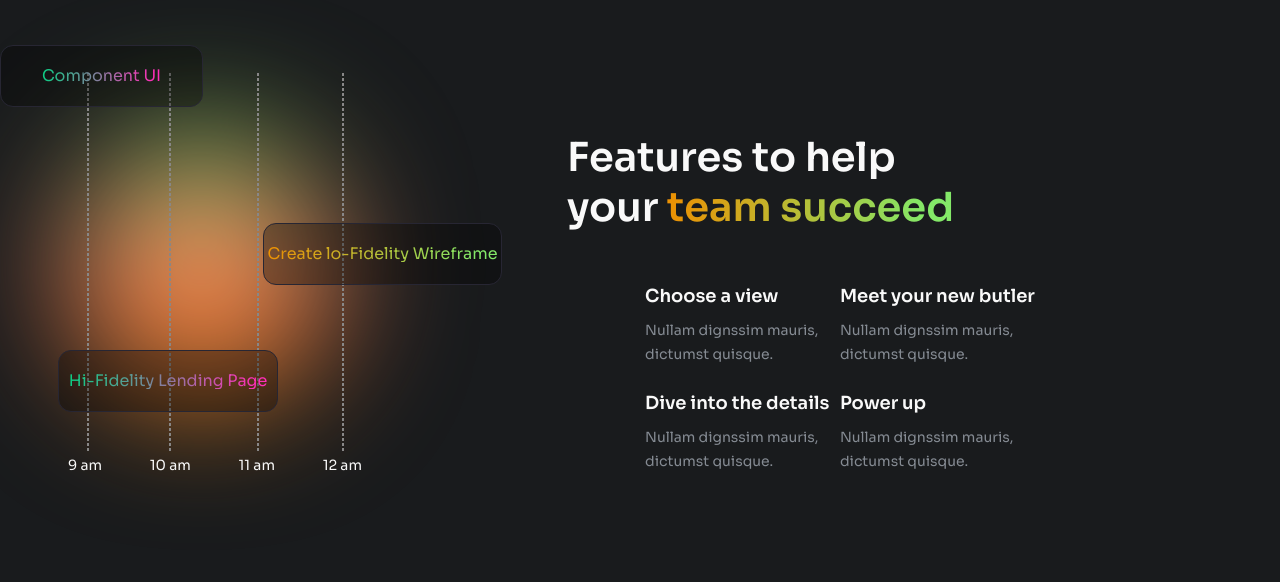
Repository: anhthiethumg/Task_Managerment_Website
Page: index.html
An editor plug-in stored every save of this project. The page is shown before and after a run of saves, followed by the edit.
The browser window is 1280 px wide. The pictures show the part of the page from y = 2400 to 2982 px (the page is 2982 px tall).
A picture or video elsewhere on the page could not be fetched, so the positions and the page height are approximate.

Above is the page before, as saved 2023-07-31 09:11:28.

### index.html
<!DOCTYPE html>
<html lang="en">
  <head>
    <meta charset="UTF-8" />
    <meta name="viewport" content="width=device-width, initial-scale=1.0" />
    <title>Task Managerment Website</title>
    <!-- Reset Css -->
    <link rel="stylesheet" href="./assets/css/reset.css" />

    <!-- CSS -->
    <link rel="stylesheet" href="./assets/css/styles.css" />

    <!-- Embed Font-->

    <link rel="preconnect" href="https://fonts.googleapis.com" />
    <link rel="preconnect" href="https://fonts.gstatic.com" crossorigin />
    <link
      href="https://fonts.googleapis.com/css2?family=Sora:wght@400;600;700;800&display=swap"
      rel="stylesheet"
    />
  </head>
  <body>
    <!-- Header -->
    <section class="header">
      <div class="container">
        <navbar class="row nav">
          <img src="./assets/image/logo.svg" alt="Task." />
          <div class="nav-list">
            <a class="nav-item" href="#!">Home</a>
            <a class="nav-item" href="#!">Products</a>
            <a class="nav-item" href="#!">Guidlines</a>
            <a class="nav-item" href="#!">Guidlines</a>
          </div>
          <button class="btn nav-btn">Sign In</button>
        </navbar>
        <section class="hero">
          <div class="row hero__content">
            <div class="stacked-circles">
              <div class="circles"></div>
              <div class="circles"></div>
              <div class="circles"></div>
              <div class="circles"></div>
            </div>
            <div class="hero--content__heading">
              <h1 class="hero__heading">
                Make <span class="heading__liner">Management</span> Way More
                Easier Than Ever
              </h1>
              <p class="hero__desc section-desc">
                The online collaborative management platform to bring more
                efficiency and performace
              </p>
              <div class="hero-btn row">
                <button type="button" class="btn hero__btn">
                  Request Demo
                </button>
                <button type="button" class="btn hero__btn">Contact Us</button>
              </div>
            </div>
            <div class="stacked-circles">
              <div class="circles"></div>
              <div class="circles"></div>
              <div class="circles"></div>
              <div class="circles"></div>
            </div>
          </div>
          <section class="task-manager row">
            <sidebar class="sidebar">
              <div class="row sidebar__header">
                <img
                  src="./assets/icons/icon-sidebar.svg"
                  alt="icon-sidebar"
                  class="icon__sidebar"
                />
                <img
                  src="./assets/icons/dashboard-icon.svg"
                  alt="dashboard-icon"
                  class="dashboard-icon"
                />
                <h4 class="sidebar__heading">Dashboard</h4>
              </div>
              <div class="sidebar__list">
                <h4 class="sidebar__list--heading">Collections</h4>
                <div class="sidebar__list--item">
                  <h5 class="sidebar__item--content">School</h5>
                </div>
                <div class="sidebar__list--item">
                  <h5 class="sidebar__item--content">Personal</h5>
                </div>
              </div>
            </sidebar>
            <section class="task-manager__section">
              <div class="task__header row">
                <img src="./assets/icons/school.png" alt="Back" class="back" />
                <img
                  src="./assets/icons/contact us icon.png"
                  alt="Contact"
                  class="contact-us"
                />
              </div>
              <div class="task__content row">
                <div class="list--work">
                  <div class="list-sort">Sort</div>
                  <div class="work--item">Finish the Easay collaboration</div>
                  <div class="work--item">Do the math for next monday</div>
                  <div class="work--item">
                    Read the next chapter of the book
                  </div>
                  <div class="work--item">
                    Send the collabaration files to jerusha
                  </div>
                  <div class="work--item">
                    Finish the powerpoint presentation
                  </div>
                  <div class="work--item">Add task</div>
                </div>
                <div class="daily-task">
                  <div class="dailytask__heading">Daily task.</div>
                  <img
                    class="dailytask__img"
                    src="./assets/image/Rectangle 50.png"
                    alt="Daily task"
                  />
                </div>
              </div>
              <div class="card">
                <div class="card__heading">Collections</div>
                <div class="card__list">
                  <div class="card__item">
                    <div class="card__item--icon"></div>
                    <div class="card__item--content">
                      <h4 class="card__item--title">School</h4>
                      <p class="card__item--desc">4 task plus tomorrow.</p>
                    </div>
                  </div>
                  <div class="card__item">
                    <div class="card__item--icon"></div>
                    <div class="card__item--content">
                      <h4 class="card__item--title">Personal</h4>
                      <p class="card__item--desc">1 task plus today.</p>
                    </div>
                  </div>
                  <div class="card__item">
                    <div class="card__item--icon"></div>
                    <div class="card__item--content">
                      <h4 class="card__item--title">Design</h4>
                      <p class="card__item--desc">3 task plus rewt week.</p>
                    </div>
                  </div>
                </div>
              </div>
            </section>
          </section>
        </section>
      </div>
    </section>

    <!-- Main -->
    <main class="main">
      <div class="container">
        <!-- Services -->
        <section class="services">
          <div class="services__icon--list">
            <div class="services__icon--bg">
              <img
                src="./assets/icons/report.png"
                alt="Report"
                class="services__icon"
              />
            </div>
            <img src="./assets/icons/dash line-1.svg" alt="dash-line" />
            <div class="services__icon--bg">
              <img
                src="./assets/icons/server.png"
                alt="Server"
                class="services__icon"
              />
            </div>

            <img src="./assets/icons/dash line-1.svg" alt="dash-line" />
            <div class="services__icon--bg">
              <img
                src="./assets/icons/support.png"
                alt="Support"
                class="services__icon"
              />
            </div>
          </div>
          <div class="services__list row">
            <div class="services__items">
              <h3 class="services__heading">Structured Reports</h3>
              <p class="services__desc">
                Sed rhoncus sit sed tellus donec lorem lectus nunc, ornare
              </p>
            </div>
            <div class="services__items">
              <h3 class="services__heading">Cloud System</h3>
              <p class="services__desc">
                Sed rhoncus sit sed tellus donec lorem lectus nunc, ornare
              </p>
            </div>
            <div class="services__items">
              <h3 class="services__heading">24/7 Support</h3>
              <p class="services__desc">
                Sed rhoncus sit sed tellus donec lorem lectus nunc, ornare
              </p>
            </div>
          </div>
        </section>

        <!-- Static -->

        <section class="static row">
          <section class="static__content">
            <h2 class="static__heading section__heading">
              Okay, <span class="heading__liner">Let’s</span> see D’task in
              numbers
            </h2>
            <p class="static__desc section__desc">
              Powering a productive team means using a powerful tool (and plenty
              of snacks). From meetings and projects to events and goal setting,
              D'taak intuitive features give any team the ability to quickly set
              up and customize workflows for just about anything
            </p>
            <div class="static__dot row">
              <div class="dot"></div>
              <div class="dot"></div>
              <div class="dot"></div>
            </div>
            <div class="static__list row">
              <div class="static__item">
                <div class="static--item__number">12M</div>
                <div class="static--item__title">Support</div>
              </div>
              <div class="static__item">
                <div class="static--item__number">16</div>
                <div class="static--item__title">Active User</div>
              </div>
              <div class="static__item">
                <div class="static--item__number">7/24</div>
                <div class="static--item__title">Languages</div>
              </div>
            </div>
          </section>
          <div class="static__media">
            <img
              class="static--media__bg"
              src="./assets/image/static_background.svg"
              alt="background"
            />
            <div class="dash-shape"></div>
            <div class="dash-shape"></div>
            <div class="dash-shape"></div>
            <div class="dash-shape"></div>
            <!-- <div class="static--media__item row">
              <h3 class="static--media__title ">
                <span class="heading__liner">Online Support</span>
              </h3>
              <img class="static--media__icons" src = "./assets/icons/video-button.svg"/>
            </div>
            <div class="static--media__item row">
              <h3 class="static--media__title ">
                <span class="heading__liner">Exercitation</span>
              </h3>
              <img class="static--media__icons" src = "./assets/icons/Exercitation-icon.svg"/>
            </div>
            <div class="static--media__item row">
              <h3 class="static--media__title ">
                <span class="heading__liner">D’ task</span>
              </h3>
              <img class="static--media__icons" src = "./assets/icons/video-button.svg"/>
            </div>
            <div class="static--media__item row">
              <h3 class="static--media__title ">
                <span class="heading__liner">Design</span>
              </h3>
              <img class="static--media__icons" src = "./assets/icons/video-button.svg"/>
            </div> -->
          </div>
        </section>
      </div>
      <!-- Features -->
      <section class="features">
        <div class="container row">
          <div class="feature__meida">
            <div class="shape--blur"></div>
            <div class="block--line">
              <div class="dash--line">
                <div class="line"></div>
                <div class="dash-line__content">9 am</div>
              </div>
              <div class="dash--line">
                <div class="line"></div>
                <div class="dash-line__content">10 am</div>
              </div>
              <div class="dash--line">
                <div class="line"></div>
                <div class="dash-line__content">11 am</div>
              </div>
              <div class="dash--line">
                <div class="line"></div>
                <div class="dash-line__content">12 am</div>
              </div>
            </div>
            <div class="feature--btn">
              <div class="feature__btn btn">
                <span class="heading__liner"> Component UI </span>
              </div>
              <div class="feature__btn btn">
                <span class="heading__liner">
                  Create lo-Fidelity Wireframe
                </span>
              </div>
              <div class="feature__btn btn">
                <span class="heading__liner"> Hi-Fidelity Lending Page </span>
              </div>
            </div>
          </div>
          <div class="feature__content">
            <h2 class="section__heading feature__heading">
              Features to help your
              <span class="heading__liner"> team succeed </span>
            </h2>
            <div class="feature__list">
              <div class="feature__item">
                <h3 class="feature--item__title">Choose a view</h3>
                <p class="feature__desc">
                  Nullam dignssim mauris, dictumst quisque.
                </p>
              </div>
              <div class="feature__item">
                <h3 class="feature--item__title">Meet your new butler</h3>
                <p class="feature__desc">
                  Nullam dignssim mauris, dictumst quisque.
                </p>
              </div>
              <div class="feature__item">
                <h3 class="feature--item__title">Dive into the details</h3>
                <p class="feature__desc">
                  Nullam dignssim mauris, dictumst quisque.
                </p>
              </div>
              <div class="feature__item">
                <h3 class="feature--item__title">Power up</h3>
                <p class="feature__desc">
                  Nullam dignssim mauris, dictumst quisque.
                </p>
              </div>
            </div>
          </div>
        </div>
      </section>
    </main>
  </body>
</html>

### assets/css/styles.css
* {
  box-sizing: border-box;
}

html {
  font-size: 62.5%;
}

:root {
  color: var(--text-color-gray-2, #282c30);
  color: var(--text-color-white, #f9f9f9);
  color: var(
    --primary-color-leniar-color,
    linear-gradient(90deg, #eb9204 1.67%, #83e868 89.99%)
  );
  color: var(--primary-color-background, #131517);
  color: var(--text-color-dark-blue, #272633);
}

body {
  font-size: 1.6rem;
  font-family: "Sora", sans-serif;
  background: var(--primary-color-background, #131517);
}

/* Common */

a {
  text-decoration: none;
}

.container {
  width: 1144px;
  margin: 0 auto;
}

.row {
  display: flex;
}

.btn {
  width: 110px;
  height: 40px;
  border-radius: 8px;
  border: 1px solid var(--text-color-dark-blue, #272633);
  background: #131517;
  text-align: center;
}

.section__desc {
  color: var(--text-color-gray-1, #858b93);
  text-align: center;
  font-size: 1.6rem;
  font-weight: 400;
  line-height: 1.625;
}

.section__heading {
  color: var(--text-color-white, #f9f9f9);
  font-size: 4rem;
  font-weight: 600;
}
/* Header */

.header {
  margin-top: 40px;
  margin-bottom: 140px;
  padding-top: 10px;
}

/* Navbar */

.nav {
  justify-content: space-between;
  align-items: center;
  height: 40px;
  margin-bottom: 157px;
}

.nav-item {
  margin-right: 36px;
  color: var(--text-color-gray-1, #858b93);
  font-size: 1.6rem;
  font-weight: 400;
  line-height: 1.5;
}

.nav-item:hover {
  color: var(--text-color-white, #f9f9f9);
  text-decoration: underline;
}

.nav-btn {
  background: var(
    --primary-color-leniar-color,
    linear-gradient(90deg, #eb9204 1.67%, #83e868 89.99%)
  );
  background-clip: text;
  -webkit-background-clip: text;
  -webkit-text-fill-color: transparent;
  font-size: 1.6rem;
  font-weight: 400;
  line-height: 1.5;
}

/* hero-content */
.hero__content {
  padding: 0 25px;
  justify-content: space-between;
}
.hero__heading {
  margin: 0 auto 34px;
  width: 783px;
  color: var(--text-color-white, #f9f9f9);
  text-align: center;
  font-size: 6rem;
  font-weight: 700;
  line-height: 1.17;
}

.heading__liner {
  background: var(
    --primary-color-leniar-color,
    linear-gradient(90deg, #eb9204 1.67%, #83e868 89.99%)
  );
  background-clip: text;
  -webkit-background-clip: text;
  -webkit-text-fill-color: transparent;
}

.hero__desc {
  width: 447px;
  margin: 0 auto 44px;
}

.hero-btn {
  justify-content: center;
  gap: 30px;
}

.hero__btn {
  margin-bottom: 111px;
  width: 199px;
  height: 54px;
  color: var(--text-color-white, #f9f9f9);
  font-size: 1.6rem;
  font-weight: 400;
  line-height: 1.625;
}

.hero__btn:hover {
  background: var(
    --primary-color-leniar-color,
    linear-gradient(90deg, #eb9204 1.67%, #83e868 89.99%)
  );
}

/* hero circle */

.stacked-circles {
  display: flex;
  flex-direction: column;
  align-items: center;
  margin-top: -75px;
}

.circles {
  fill: linear-gradient(180deg, #111118 4.96%, rgba(43, 43, 61, 0) 100%);
  box-shadow: 0px 39px 31px 0px #313141 inset;
  border-radius: 50%;
}
.circles:first-child {
  width: 121px;
  height: 121px;
  margin-bottom: 41px;
}

.circles:nth-child(2) {
  width: 39px;
  height: 39px;
  margin-bottom: 36px;
}

.circles:nth-child(3) {
  width: 25px;
  height: 25px;
  margin-bottom: 39px;
}

.circles:last-child {
  width: 14px;
  height: 14px;
  flex-shrink: 0;
}

/* task manager */

.task-manager {
  width: 848px;
  height: 366px;
  border-radius: 8px 8px 0px 0px;
  background: #1f2326;
  margin-left: 180px;
}

.sidebar {
  padding: 18px 0 0 16px;
}

.sidebar__header {
  width: 192px;
  height: 39px;
  align-items: center;
}

.icon__sidebar {
  width: 9px;
  height: 9px;
  margin-right: 25px;
}

.dashboard-icon {
  width: 13px;
  height: 11px;
  margin-right: 17px;
}

.sidebar__heading {
  color: #98989c;
  font-size: 1.4rem;
  font-weight: 600;
}

.sidebar__list--heading {
  margin: 15px 0 15px;
  color: var(--text-color-white, #f9f9f9);
  font-size: 1.4rem;
  font-weight: 600;
}

.sidebar__list--item {
  width: 192px;
  height: 39px;
  display: flex;
  align-items: center;
}

.sidebar__list--item:hover {
  background: #2b2d2f;
}
.sidebar__item--content {
  color: var(--text-color-gray-1, #858b93);
  font-size: 1.2rem;
  font-weight: 600;
  opacity: 0.6000000238418579;
  display: flex;
  align-items: center;
}

.sidebar__item--content::before {
  display: inline-block;
  content: " ";
  width: 17px;
  height: 17px;
  border-radius: 5px;
  background: #ae8ff9;
  margin-right: 10px;
}

.task-manager__section {
  position: relative;
  margin-top: 28px;
  margin-right: 15px;
  background: #0d1012;
  width: 100%;
  padding: 30px;
}

.task__header {
  margin-left: 140px;
  justify-content: space-between;
}

.list--work {
  width: 362px;
  margin-right: 52px;
}

.list-sort {
  color: #838386;
  font-size: 1.2rem;
  font-weight: 400;
  text-align: right;
  height: 30px;
}

.list-sort::before {
  display: inline-block;
  content: " ";
  width: 10px;
  height: 5px;
  border-radius: 5px;
  margin-right: 10px;
  background-image: url(../icons/sort.svg);
  margin-left: 10px;
}
.work--item {
  display: flex;
  align-items: center;
  margin-bottom: 10px;
  width: 100%;
  height: 30px;
  border-radius: 10px;
  background: #14181b;
  color: #9ea1a7;
  font-size: 1rem;
  font-weight: 300;
}

.work--item:before {
  display: inline-block;
  content: " ";
  width: 14px;
  height: 14px;
  border-radius: 5px;
  margin-right: 10px;
  background-image: url(../icons/check.svg);
  margin-left: 10px;
}

.work--item:last-child:before {
  background-image: url(../icons/add.svg);
}

.dailytask__heading {
  color: var(--text-color-white, #f9f9f9);
  font-size: 1.4rem;
  font-weight: 400;
  margin-bottom: 20px;
}

.dailytask__img {
  width: 167px;
  height: 218px;
  flex-shrink: 0;
  border-radius: 17px;
  background: rgba(13, 16, 18, 0.24);
}

.card {
  position: absolute;
  width: 216px;
  height: 335px;
  border-radius: 15px 15px 22px 22px;
  background: #0d1012;
  padding: 26px 15px;
  left: -295px;
  top: 150px;
}

.card__heading {
  color: #f9f9f9;
  font-size: 1.4rem;
  font-weight: 600;
  margin-left: 10px;
  margin-bottom: 21px;
}

.card__item {
  display: flex;
  align-items: center;
  width: 188px;
  height: 78px;
  border-radius: 13px;
  background: #14181b;
  margin-bottom: 8px;
}
.card__item--icon {
  width: 33px;
  height: 33px;
  border-radius: 12px;
  margin: 12px;
}

.card__item:first-child .card__item--icon {
  background: var(--primary-color-dark-orange, #ff7667);
}

.card__item:nth-child(2) .card__item--icon {
  background: var(--primary-color-blue, #ae8ff9);
}

.card__item:last-child .card__item--icon {
  background: var(--primary-color-green, #0cce84);
}

.card__item--title {
  color: #fff;
  font-size: 1.4rem;
  font-weight: 600;
  margin-bottom: 3px;
}

.card__item--desc {
  color: var(--text-color-gray-1, #858b93);
  font-size: 1rem;
  font-weight: 400;
}

/* services */

.services {
  padding: 41px 50px 53px 50px;
  margin-top: 286px;
  margin-bottom: 140px;
  width: 1096px;
  height: 331px;
  border-radius: 27px;
  background: var(--text-color-gray-2, #282c30);
}

.services__icon--list {
  display: flex;
  align-items: center;
  justify-content: space-around;
  margin: 30px 50px;
}

.services__icon--bg {
  background: var(--primary-color-green, #0cce84);
  width: 62px;
  height: 62px;
  border-radius: 50%;
  display: flex;
  align-items: center;
  justify-content: center;
}

.services__icon--bg:nth-child(2) {
  background: var(--primary-color-dark-yellow, #ef8f00);
}

.services__icon--bg:last-child {
  background: var(--primary-color-blue, #ae8ff9);
}
.services__icon {
  width: 32px;
  height: 32px;
}

.services__list {
  justify-content: space-between;
}

.services__items {
  width: 238px;
  text-align: center;
}

.services__heading {
  color: var(--text-color-white, #f9f9f9);
  font-size: 2.2rem;
  font-weight: 600;
  line-height: 1.45;
}

.services__desc {
  color: #858b93;
  font-size: 1.6rem;
  font-weight: 400;
  line-height: 1.625;
}

/* Static */
.static__content {
  width: 537px;
  margin-bottom: 140px;
}
.static__heading {
  width: 368px;
  margin-bottom: 22px;
}

.static__desc {
  width: 537px;
  height: 106px;
  text-align: left;
  margin-bottom: 86px;
}

.static__dot {
  gap: 6px;
  justify-content: center;
  margin-bottom: 28px;
  margin-left: -105px;
}
.dot {
  width: 6px;
  height: 6px;
  border-radius: 50%;
  background: #838386;
}

.dot:nth-child(2) {
  background: #ef8f00;
}

.static__list {
  gap: 17px;
}
.static__item {
  text-align: center;
  padding-top: 21px;
  width: 132px;
  height: 127px;
  border-radius: 9px;
  background: var(--text-color-dark-blue, #272633);
}

.static__item:nth-child(odd) {
  margin-top: -30px;
}

.static__item:nth-child(2) {
  background: linear-gradient(
    191deg,
    #c4f566 7.35%,
    #ae8ef9 28.41%,
    #ef8f00 60.81%,
    #61e559 100%
  );
}

.static__item:nth-child(2) .static--item__title {
  color: var(--text-color-white, #f9f9f9);
}
.static--item__number {
  color: var(--text-color-white, #f9f9f9);
  font-size: 3rem;
  font-weight: 600;
  margin-bottom: 16px;
}

.static--item__title {
  color: var(--text-color-gray-1, #858b93);
  font-size: 1.6rem;
  font-weight: 400;
  line-height: 1.625;
}

.static__media {
  position: relative;
}

.static--media__bg {
  position: absolute;
}
.dash-shape {
  position: absolute;
  width: 455px;
  height: 455px;
  border-radius: 455px;
  border: 2px dashed #2f2f2f;
  top: 50px;
  left: 50px;
}

.dash-shape:nth-child(2) {
  width: 336px;
  height: 336px;
  top: 110px;
  left: 110px;
}

.dash-shape:nth-child(3) {
  width: 209px;
  height: 209px;
  background: #6aea5c;
  opacity: 0.5;
  border: 2px solid #6aea5c;
  top: 170px;
  left: 170px;
}

.dash-shape:nth-child(4) {
  width: 137px;
  height: 137px;
  background: #6aea5c;
  border: 2px solid #6aea5c;
  top: 205px;
  left: 205px;
}
/*
.static--media__item {
  position: absolute;
  justify-content: space-between;
  align-items: center;
  width: 225px;
  height: 61px;
  border-radius: 5px;
  background: #27292c;
  padding: 20px;

}

.static--media__item:nth-child(1) {
  top: 50px;
  left: 150px;
}
.static--media__item:nth-child(2) {
  top: 450px;
  left: 150px;
}
.static--media__item:nth-child(3) {
  top: 150px;
  left: 10px;
}
.static--media__item:nth-child(4) {
  top: 150px;
  left: 150px;
} */

/* Feature */
.features {
  background: #191b1d;
  padding: 153px 0 85px 0;
}

.feature__meida {
  position: relative;
  margin-right: 232px;
}
.shape--blur {
  width: 267px;
  height: 267px;
  border-radius: 267px;
  background: linear-gradient(180deg, #6aea5c 0%, #fd7566 48.53%, #ef8f00 100%);
  filter: blur(66px);
}

.block--line {
  position: absolute;
  top: -60px;
  width: 294px;
  height: 378px;
  display: flex;
  justify-content: space-between;
}

.line {
  height: 100%;
  width: 1px;
  border: 1px dashed #888787;
  align-items: center;
  margin-left: 19px;
  margin-bottom: 7px;
}

.dash-line__content {
  color: #f9f9f9;
  font-size: 1.4rem;
  font-weight: 400;
}

.feature--btn {
  position: relative;
}

.feature__btn {
  position: absolute;
  border-radius: 13px;
  height: 62px;
  background: rgba(0, 0, 0, 0.32);
  display: flex;
  justify-content: center;
  align-items: center;
}

.feature__btn:nth-child(1) {
  top: -355px;
  left: -68px;
  width: 203px;
}

.feature__btn:nth-child(2) {
  width: 239px;
  top: -177px;
  left: 195px;
}
.feature__btn:nth-child(3) {
  width: 220px;
  top: -50px;
  left: -10px;
}

.feature__btn:nth-child(1) .heading__liner,
.feature__btn:nth-child(3) .heading__liner {
  background: linear-gradient(90deg, #0cce84 0%, #ff2eb8 94.43%);
  background-clip: text;
  -webkit-background-clip: text;
  -webkit-text-fill-color: transparent;
}

.feature__heading {
  width: 399px;
  line-height: 1.25;
}

.feature__heading {
  margin-bottom: 50px;
}

.feature__list {
  display: grid;
  grid-template-columns: 1fr 1fr;
  margin-left: 78px;
}

.feature--item__title {
  color: var(--text-color-white, #f9f9f9);
  font-size: 1.8rem;
  font-weight: 600;
  line-height: 1.55;
  margin-bottom: 8px;
}

.feature__desc {
  width: 176px;
  color: var(--text-color-gray-1, #858b93);
  font-size: 1.4rem;
  font-weight: 400;
  line-height: 1.71;
  margin-bottom: 23px;
}

Loaded but not shown: assets/css/reset.css (common file)

After the next 2 saves:
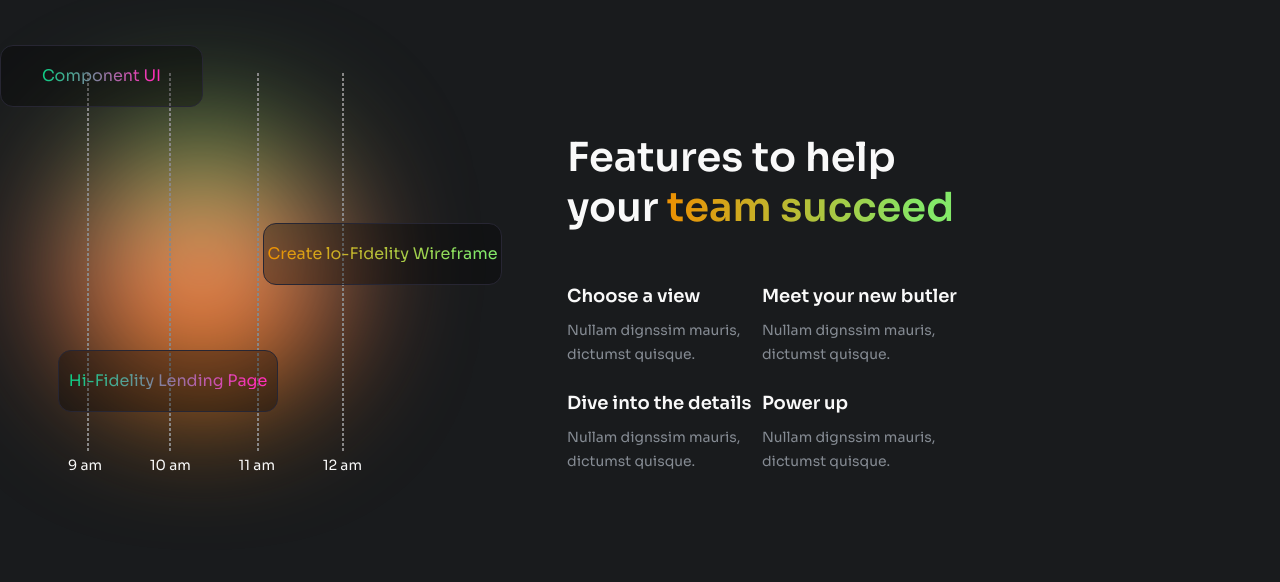
The 2 saves are shown as one change because they came seconds apart.
The last was saved 10 s later.
--- a/assets/css/styles.css
+++ b/assets/css/styles.css
@@ -713,7 +713,7 @@ a {
 .feature__list {
   display: grid;
   grid-template-columns: 1fr 1fr;
-  margin-left: 78px;
+  margin-right: 78px;
 }
 
 .feature--item__title {
